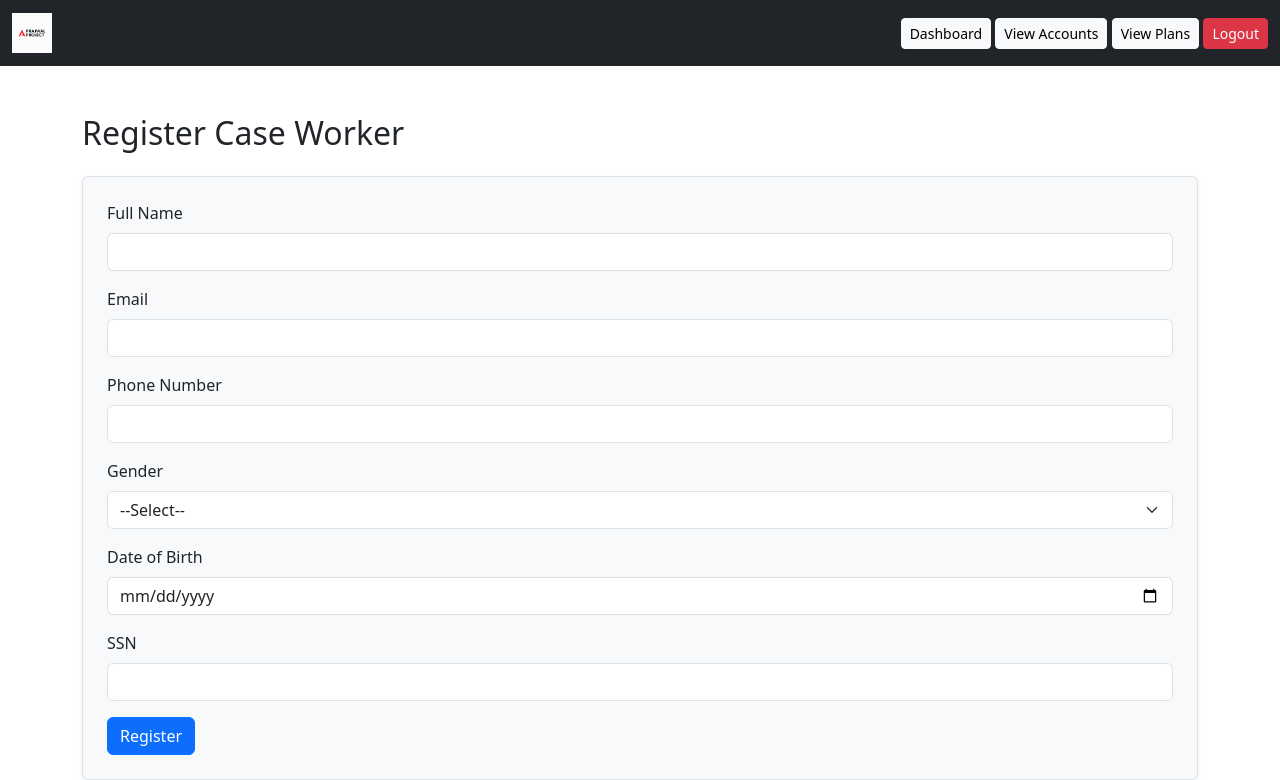
Repository: PRAJWALSINKAR/Spring_boot_Major_Projects
Page: http://localhost/register-caseworker
The author's editor kept a copy of each file at every save. The page is drawn from the files as they stood at one save, then again after the next save.
The browser window is 1280 px wide. The pictures show the whole page.
The page is this project's Thymeleaf template; nobody is signed in. The template is opened directly, without the code that normally fills it, so the values that code supplies are empty.

Above is the page before, as saved 2025-08-06 18:41:33.

### IES-Integrated_Eligibility_system/src/main/resources/templates/register-caseworker.html
<!DOCTYPE html>
<html xmlns:th="http://www.thymeleaf.org" lang="en">
<head>
    <meta charset="UTF-8">
    <title>Register CaseWorker</title>
    <link href="https://cdn.jsdelivr.net/npm/bootstrap@5.3.0/dist/css/bootstrap.min.css" rel="stylesheet">
</head>
<body>
<nav class="navbar navbar-expand-lg navbar-dark bg-dark mb-4">
    <div class="container-fluid">
        <a class="navbar-brand" href="#">
            <img th:src="@{/images/myName-Logo.png}" alt="Logo" width="40" height="40"/>
        </a>
        <div class="ms-auto">
            <a href="/dashboard" class="btn btn-light btn-sm">Dashboard</a>
            <a th:href="@{/caseworker/view}" class="btn btn-light btn-sm">View Accounts</a>
            <a th:href="@{/plan/view}" class="btn btn-light btn-sm">View Plans</a>
            <a href="/logout" class="btn btn-danger btn-sm">Logout</a>
        </div>
    </div>
</nav>

<div class="container mt-5">
    <h2 class="mb-4">Register Case Worker</h2>

    <!-- Success or Error Message -->
    <div th:if="${succMsg}" class="alert alert-success" th:text="${succMsg}"></div>
    <div th:if="${errMsg}" class="alert alert-danger" th:text="${errMsg}"></div>

    <form th:action="@{/caseworker/save}" method="post" th:object="${caseworker}" class="border p-4 rounded shadow-sm bg-light">
        <div class="mb-3">
            <label for="name" class="form-label">Full Name</label>
            <input type="text" th:field="*{name}" class="form-control" id="name" required>
        </div>

        <div class="mb-3">
            <label for="email" class="form-label">Email</label>
            <input type="email" th:field="*{email}" class="form-control" id="email" required>
        </div>

        <div class="mb-3">
            <label for="phoneNumber" class="form-label">Phone Number</label>
            <input type="text" th:field="*{phoneNumber}" class="form-control" id="phoneNumber" required>
        </div>

        <div class="mb-3">
            <label for="gender" class="form-label">Gender</label>
            <select th:field="*{gender}" class="form-select" id="gender" required>
                <option value="">--Select--</option>
                <option value="Male">Male</option>
                <option value="Female">Female</option>
                <option value="Other">Other</option>
            </select>
        </div>

        <div class="mb-3">
            <label for="dob" class="form-label">Date of Birth</label>
            <input type="date" th:field="*{dob}" class="form-control" id="dob" required>
        </div>

        <div class="mb-3">
            <label for="ssn" class="form-label">SSN</label>
            <input type="text" th:field="*{ssn}" class="form-control" id="ssn" required>
        </div>

        <button type="submit" class="btn btn-primary">Register</button>
    </form>
</div>

<script src="https://cdn.jsdelivr.net/npm/bootstrap@5.3.0/dist/js/bootstrap.bundle.min.js"></script>
</body>
</html>

After the next save:
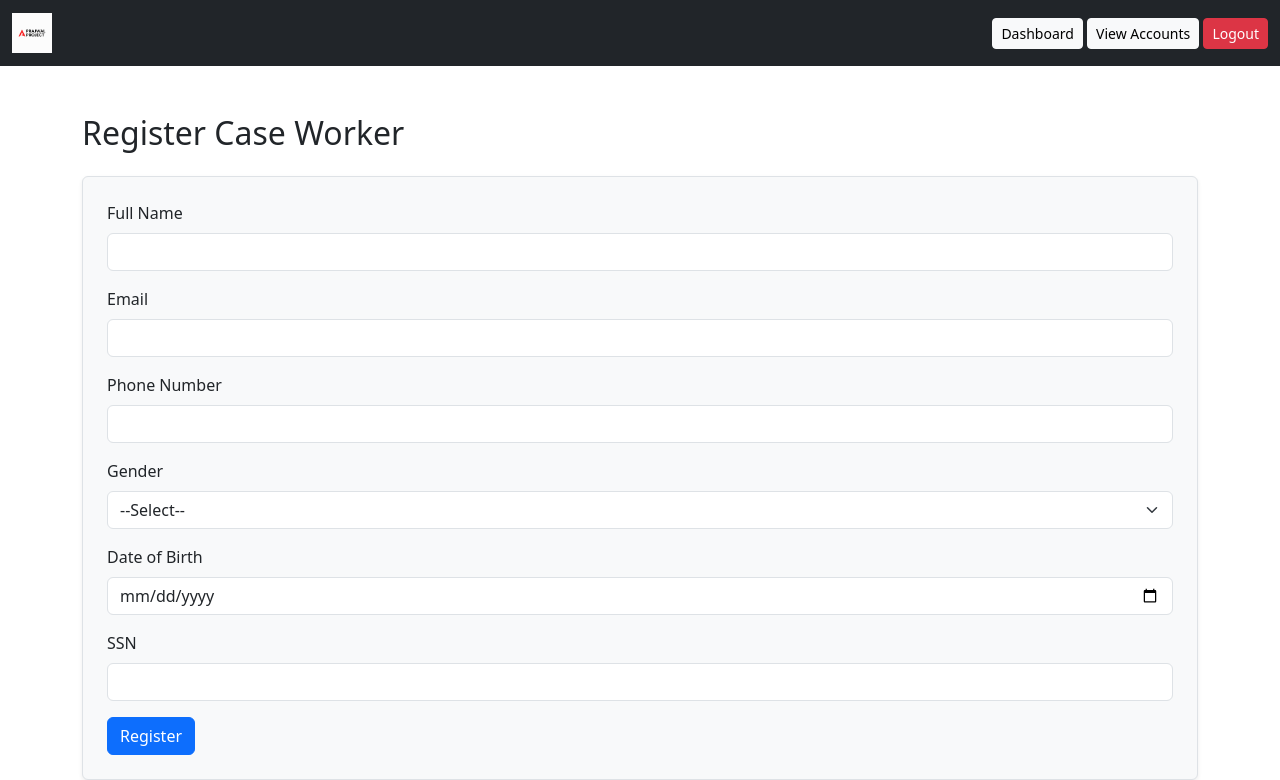
Saved 16 s later.
--- a/IES-Integrated_Eligibility_system/src/main/resources/templates/register-caseworker.html
+++ b/IES-Integrated_Eligibility_system/src/main/resources/templates/register-caseworker.html
@@ -14,7 +14,6 @@
         <div class="ms-auto">
             <a href="/dashboard" class="btn btn-light btn-sm">Dashboard</a>
             <a th:href="@{/caseworker/view}" class="btn btn-light btn-sm">View Accounts</a>
-            <a th:href="@{/plan/view}" class="btn btn-light btn-sm">View Plans</a>
             <a href="/logout" class="btn btn-danger btn-sm">Logout</a>
         </div>
     </div>
